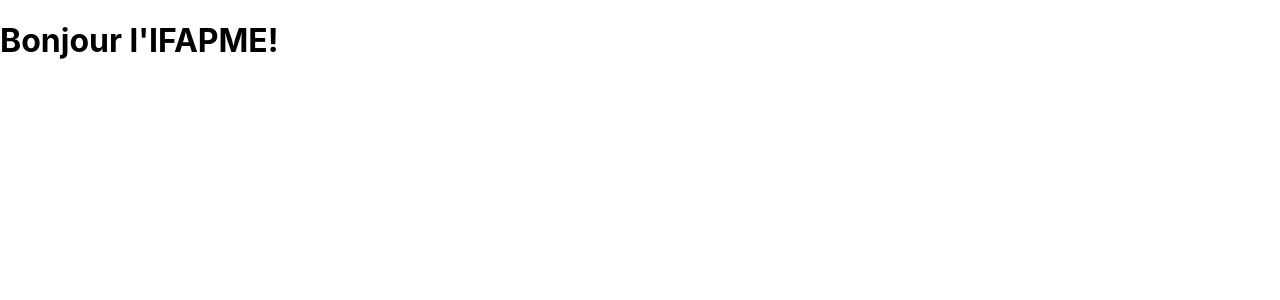
Repository: noeminihoul/testunitaire
Page: /
The author's editor kept a copy of each file at every save. The page is drawn from the files as they stood at one save, then again after the next save.
The browser window is 1280 px wide. The pictures show the whole page.
The project was rebuilt for these pictures with package versions that can differ from the ones it lists, and the page was loaded fresh each time. Also part of the build but not shown: src/App.css.

Above is the page before, as saved 2023-05-31 18:58:54.

### src/App.js
import logo from './logo.svg';
import './App.css';

function App() {
  return (
    <div>
      <h1>Bonjour l'IFAPME!</h1>
    </div>
  );
}

export default App;

Loaded but not shown: public/index.html (common file); src/index.js (common file); src/index.css (common file); src/reportWebVitals.js (common file)

After the next save:
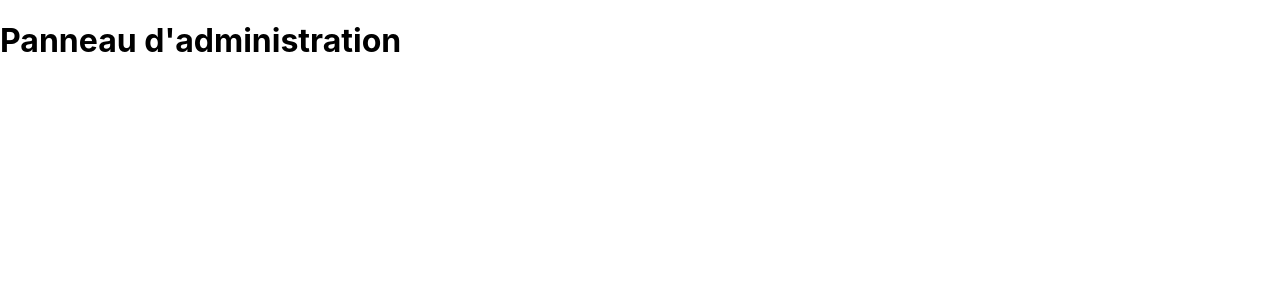
Saved 32 s later.
--- a/src/App.js
+++ b/src/App.js
@@ -4,7 +4,7 @@
 function App() {
   return (
     <div>
-      <h1>Bonjour l'IFAPME!</h1>
+      <h1>Panneau d'administration</h1>
     </div>
   );
 }
